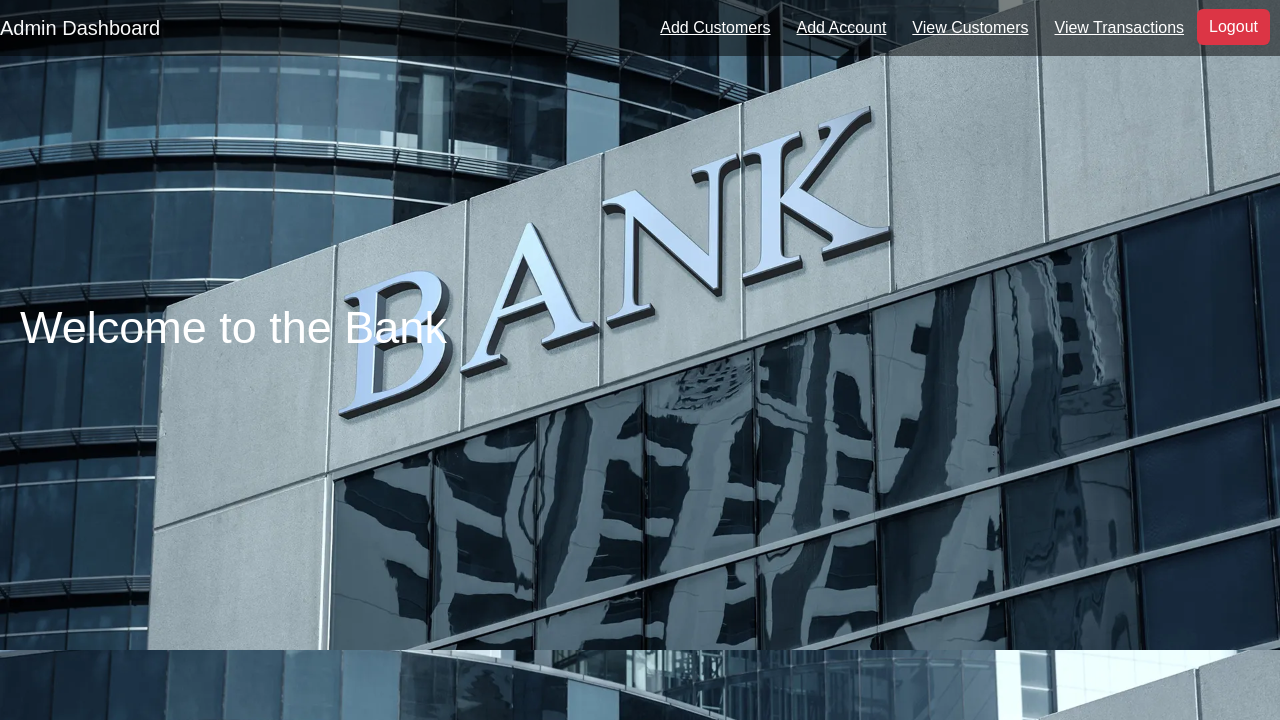
Repository: prathamsuhasia/swabhav-mini-project
Page: http://localhost/01-mini-project/Admin.jsp
The author's editor kept a copy of each file at every save. The page is drawn from the files as they stood at one save, then again after the next save.
The browser window is 1280 px wide. The pictures show the whole page.
The page is served by Tomcat 9. The session is filled in as if someone had signed in: {"username": "testuser", "admin": "admin"}. Other server files are loaded and not shown.

Above is the page before, as saved 2024-08-15 16:18:19.

### 01-mini-project/WebContent/Admin.jsp
<%@ page language="java" contentType="text/html; charset=ISO-8859-1"
	pageEncoding="ISO-8859-1"%>
<%
	response.setHeader("Cache-Control", "no-cache, no-store, must-revalidate");
	response.setHeader("Pragma", "no-cache");
	response.setDateHeader("Expires", 0);
%>
<%
	HttpSession sessions = request.getSession(false);
	if (session == null || !"admin".equals(session.getAttribute("admin"))) {
		// No session or user not logged in, redirect to the login page
		response.sendRedirect("Index.jsp");
		return;
	}
%>
<!DOCTYPE html>
<html>
<head>
<meta http-equiv="Content-Type" content="text/html; charset=ISO-8859-1">
<title>Dashboard</title>
<link
	href="https://cdn.jsdelivr.net/npm/bootstrap@5.3.0/dist/css/bootstrap.min.css"
	rel="stylesheet">
<style>
body {
	background-image: url('Bank.webp');
	background-size: cover;
	background-position: center;
	color: #fff;
	font-family: Arial, sans-serif;
	position: relative;
    z-index: 1;
}

.navbar {
	background-color: rgba(0, 0, 0, 0.5);
	margin-bottom: 20px;
}

.navbar-brand {
	color: #f8f9fa;
}

.navbar-nav .nav-link {
	color: #f8f9fa !important;
}

.navbar-nav .nav-link:hover {
	color: #e9ecef !important;
}

.btn-logout {
	background-color: #dc3545;
	border: none;
	color: #fff;
	margin-right: 10px;
}

.btn-logout:hover {
	background-color: #c82333;
	color: #fff;
}

.welcome-message {
	display: flex;
	align-items: center;
	color: white;
	height: 70vh;
	justify-content: flex-start;
	padding-left: 20px;
	font-size: 45px;
}

.container {
	background-color: rgba(0, 0, 0, 0.6);
	padding: 20px;
	border-radius: 10px;
}


</style>
</head>
<body>
	<nav class="navbar navbar-expand-lg">
		<a class="navbar-brand" href="#">Admin Dashboard</a>
		<div class="collapse navbar-collapse justify-content-end">
			<ul class="navbar-nav">
				<li class="nav-item">
					<form action="AdminController" method="post" class="nav-item">
						<button type="submit" name="action" value="AddCustomers"
							class="btn btn-link"style="color:white;">Add Customers</button>
					</form>
				</li>
				<li class="nav-item">
					<form action="AdminController" method="post" class="nav-item">
						<button type="submit" name="action" value="AddAccount"
							class="btn btn-link" style="color:white;">Add Account</button>
					</form>
				</li>
				<li class="nav-item">
					<form action="AdminController" method="post" class="nav-item">
						<button type="submit" name="action" value="ViewCustomers"
							class="btn btn-link" style="color:white;">View Customers</button>
					</form>
				</li>
				<li class="nav-item">
					<form action="AdminController" method="post" class="nav-item">
						<button type="submit" name="action" value="ViewTransactions"
							class="btn btn-link" style="color:white;">View Transactions</button>
					</form>
				</li>
				<li class="nav-item">
					<form action="LogoutServlet">
						<button type="submit" class="btn btn-logout">Logout</button>
					</form>
				</li>
			</ul>
		</div>
	</nav>

	<div class="welcome-message">Welcome to the Bank</div>

	<script src="https://code.jquery.com/jquery-3.6.0.min.js"></script>
	<script
		src="https://cdn.jsdelivr.net/npm/bootstrap@5.3.0/dist/js/bootstrap.bundle.min.js"></script>
</body>
</html>

After the next save:
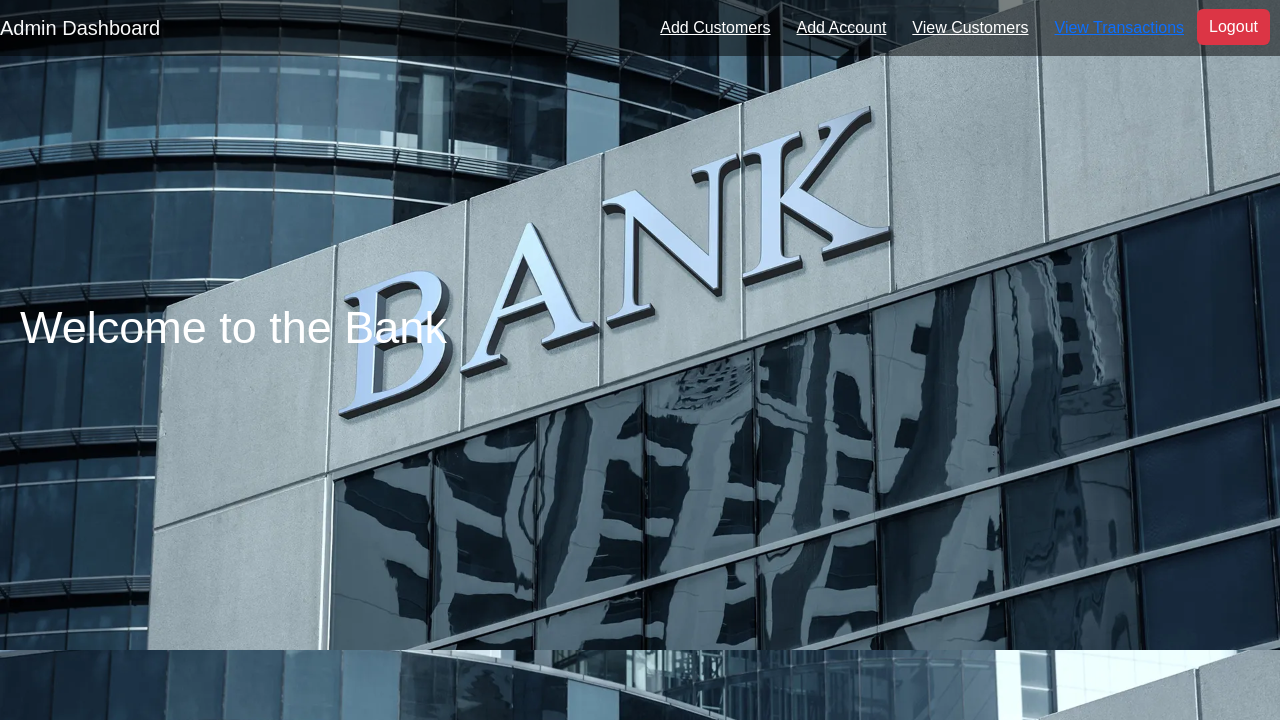
Saved 2 min 38 s later.
--- a/01-mini-project/WebContent/Admin.jsp
+++ b/01-mini-project/WebContent/Admin.jsp
@@ -106,7 +106,7 @@ body {
 				<li class="nav-item">
 					<form action="AdminController" method="post" class="nav-item">
 						<button type="submit" name="action" value="ViewTransactions"
-							class="btn btn-link" style="color:white;">View Transactions</button>
+							class="btn btn-link" style="color:white,text-decoration: none; ">View Transactions</button>
 					</form>
 				</li>
 				<li class="nav-item">
